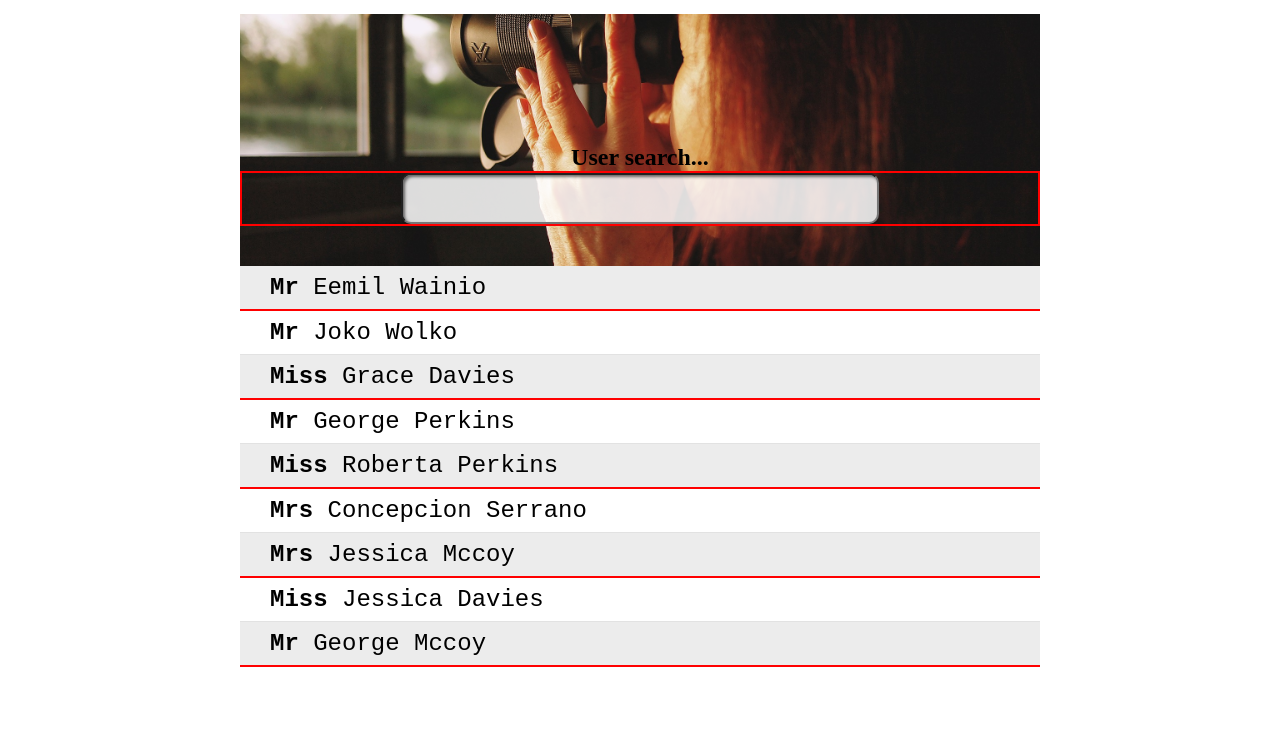
Repository: KrzysKolo/sr_tydzien5_zad4
Page: /
The author's editor kept a copy of each file at every save. The page is drawn from the files as they stood at one save, then again after the next save.
The browser window is 1280 px wide. The pictures show the whole page.
The project was rebuilt for these pictures with package versions that can differ from the ones it lists, and the page was loaded fresh each time.

Above is the page before, as saved 2021-01-03 05:44:30.

### public/index.html
<!DOCTYPE html>
<html lang="en">
  <head>
    <meta charset="utf-8" />
    <link rel="icon" href="%PUBLIC_URL%/favicon.ico" />
    <meta name="viewport" content="width=device-width, initial-scale=1" />
    <meta name="theme-color" content="#000000" />
    <meta
      name="description"
      content="Web site created using create-react-app"
    />
    <link rel="apple-touch-icon" href="%PUBLIC_URL%/logo192.png" />
    <!--
      manifest.json provides metadata used when your web app is installed on a
      user's mobile device or desktop. See https://developers.google.com/web/fundamentals/web-app-manifest/
    -->
    <link rel="manifest" href="%PUBLIC_URL%/manifest.json" />
    <!--
      Notice the use of %PUBLIC_URL% in the tags above.
      It will be replaced with the URL of the `public` folder during the build.
      Only files inside the `public` folder can be referenced from the HTML.

      Unlike "/favicon.ico" or "favicon.ico", "%PUBLIC_URL%/favicon.ico" will
      work correctly both with client-side routing and a non-root public URL.
      Learn how to configure a non-root public URL by running `npm run build`.
    -->
    <title>User search</title>
  </head>
  <body>
    <noscript>You need to enable JavaScript to run this app.</noscript>
    <div id="root"></div>
    <!--
      This HTML file is a template.
      If you open it directly in the browser, you will see an empty page.

      You can add webfonts, meta tags, or analytics to this file.
      The build step will place the bundled scripts into the <body> tag.

      To begin the development, run `npm start` or `yarn start`.
      To create a production bundle, use `npm run build` or `yarn build`.
    -->
  </body>
</html>

### src/App.js
import React from 'react';
import UsersContainer from './components/UsersContainer';
import Header from './components/Header';
import './App.css';


const App = () => {

  return (
    <section>
      <Header />
      <UsersContainer/>
    </section>
  )
}

export default App;

### src/components/UsersContainer.js
import React, { useState, useEffect } from 'react';


const UsersContainer = () => {

  const UsersAPI = '/users.json';

  const [ users, setUsers ] = useState([]);

  useEffect(() => {

    fetch(UsersAPI)
      .then(res => res.json())
      .then(data => {
        console.log(data.users);
        setUsers(data.users);
      })
    }, []);

    const user = users.map(user => (
      <li className="user" key={user.id}><b>{user.title}</b> {user.first} {user.last}</li>
    ))
    return (
        <ul>
					{user}
        </ul>
    )
}

export default UsersContainer;

### src/components/Header.js
import React from 'react';

const Header = () => {
    return (
        <div className="header__section">
            <h1>User search...</h1>
            <div className="header__search-wrapper">
                <input className="header__search" type="text" />
            </div>
        </div>
    )
}

export default Header;

### src/App.css
@import url("https://fonts.googleapis.com/css2?family=Montserrat&display=swap");
* {
  box-sizing: border-box;
  padding: 0;
  margin: 0;
}
body {
  height: 100vh;
  width: 100vw;
}
section {
  margin: 2vh auto;
  width: 70%;
  max-width: 800px;
  display: flex;
  flex-direction: column;
}
.header__section {
  height: 35vh;
  background-image: url("./images/girl.jpg");
  background-position: center;
  background-size: cover;
  display: flex;
  flex-direction: column;
  justify-content: flex-end;
  align-items: center;
}
.header__search-wrapper {
  width: 100%;
  border: 2px solid red;
  margin-bottom: 40px;
  display: flex;
  justify-content: center;
}
.header__search {
  padding: 10px 20px;
  width: 60%;
  border-radius: 10px;
  background-color: rgba(255, 255, 255, 0.85);
  box-shadow: inset 2px 2px 3px 0px rgba(0, 0, 0, 0.55);
  font-size: 23px;
}
.user {
  font-size: 1.5rem;
  font-family: "Courier New", Courier, monospace;
  padding: 10px;
  list-style: none;
  padding: 8px 30px;
  border-bottom: 1px solid rgb(226, 226, 226);
}
.user:nth-child(odd) {
  background: #ececec;
  border-bottom: 2px solid red;
}

### public/users.json
{
    "users": [
      {
        "id": 1,
        "title": "Mr",
        "first": "Eemil",
        "last": "Wainio"
       },
      {
        "id": 2,
        "title": "Mr",
        "first": "Joko",
        "last": "Wolko"
      },
      {
        "id": 3,
        "title": "Miss",
        "first": "Grace",
        "last": "Davies"
      },
      {
        "id": 4,
        "title": "Mr ",
        "first": "George ",
        "last": "Perkins"
      },
      {
        "id": 5,
        "title": "Miss",
        "first": "Roberta ",
        "last": "Perkins"
      },
      {
        "id": 6,
        "title": "Mrs ",
        "first": "Concepcion ",
        "last": "Serrano"
      },
      {
        "id": 7,
        "title": "Mrs ",
        "first": "Jessica ",
        "last": "Mccoy"
      },
      {
        "id": 8,
        "title": "Miss",
        "first": "Jessica",
        "last": "Davies"
      },
      {
        "id": 9,
        "title": "Mr",
        "first": "George",
        "last": "Mccoy"
      }
    ]
  }

Loaded but not shown: src/index.js (common file)

After the next save:
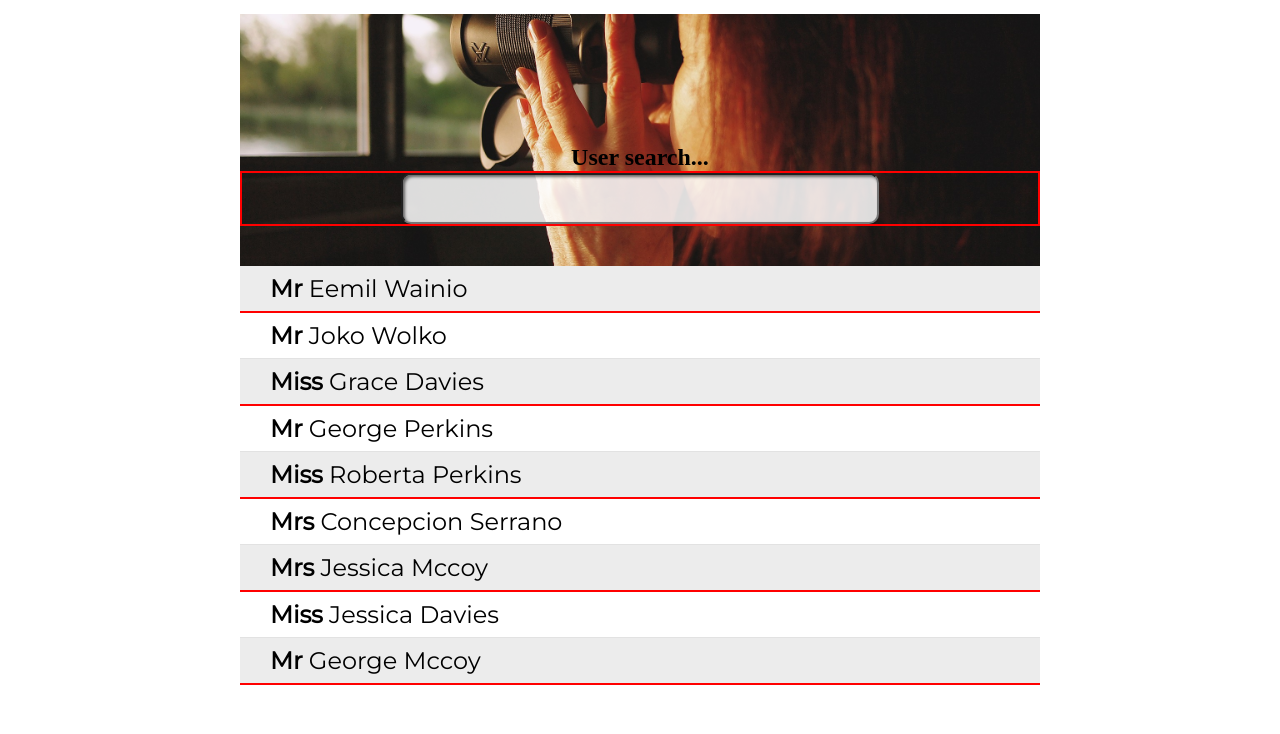
Saved 22 s later.
--- a/src/App.css
+++ b/src/App.css
@@ -42,7 +42,7 @@ section {
 }
 .user {
   font-size: 1.5rem;
-  font-family: "Courier New", Courier, monospace;
+  font-family: "Montserrat", sans-serif;
   padding: 10px;
   list-style: none;
   padding: 8px 30px;
